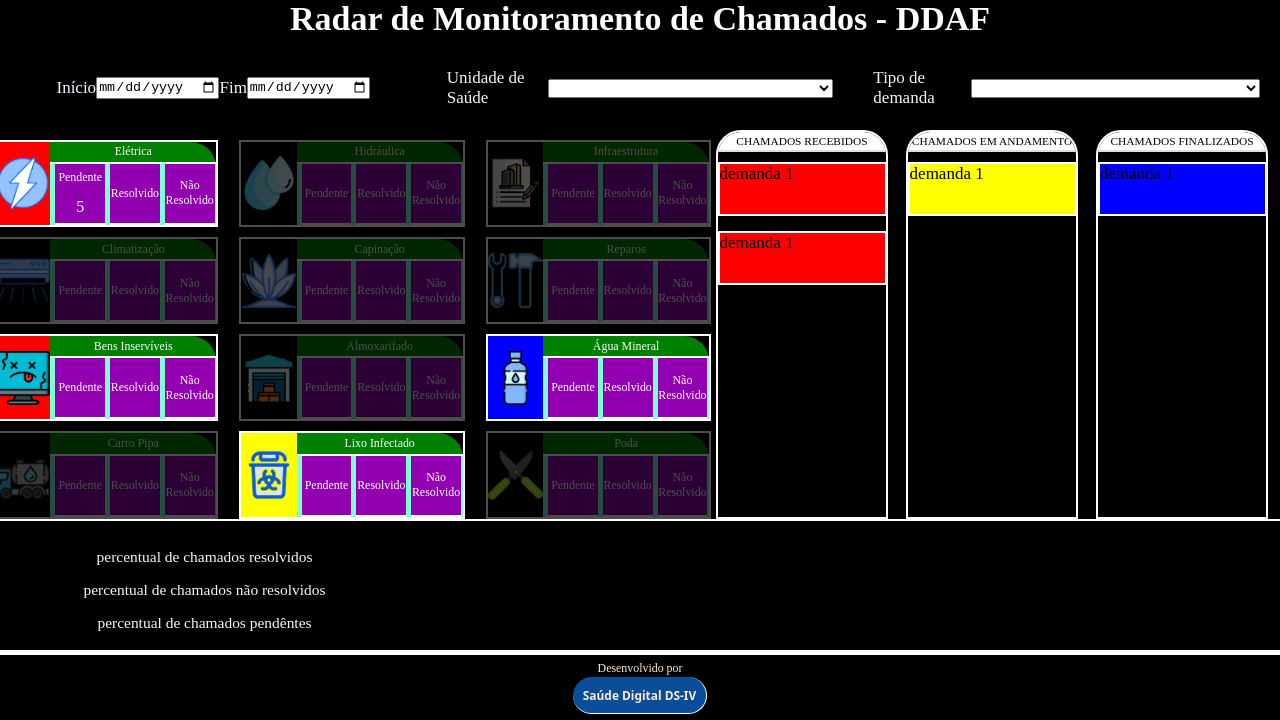
Repository: br-on/ddaf-chamados
Page: index.html
An editor plug-in stored every save of this project. The page is shown before and after the next save, followed by the edit.
The browser window is 1280 px wide. The pictures show the whole page.

Above is the page before, as saved 2025-01-26 03:29:47.

### index.html
<!DOCTYPE html>
<html lang="pt-br">
<head>
    <meta charset="UTF-8">
    <meta name="viewport" content="width=device-width, initial-scale=1.0">
    <link rel="stylesheet" href="style.css">
    <title>Radar de Chamados</title>

</head>
<body>
    <header>
       <center><h1>Radar de Monitoramento de Chamados - DDAF</h1></center>
        <section class="filtros">
            <div class="opcao-filtro">
                <label for="">Início</label>
                <input type="date">
                <label for="">Fim</label>
                <input type="date">
            </div>
            <div class="opcao-filtro">
                <label for="">Unidade de Saúde</label>
                <select name="" id="">
                    <option value=""> </option>
                    <option value="">Unidade X</option>
                    <option value="">Unidade X</option>
                    <option value="">Unidade X</option>
                    <option value="">Unidade X</option>
                </select>
            </div>
            <div class="opcao-filtro">
                <label for="">Tipo de demanda</label>
                <select name="" id="">
                    <option value=""> </option>
                    <option value="">Demanda X</option>
                    <option value="">Demanda X</option>
                    <option value="">Demanda X</option>
                    <option value="">Demanda X</option>
                </select>
            </div>
        </section>
    </header>
    <main>
        <section class="tipos-demandas">
            <div id="demanda-eletrica" class="demanda-tipo">
                <div class="img-tipo-demanda red">
                    <img src="img/tipo-demanda-eletrica.png" alt="">
                </div>
                <div class="info-tipo-demanda">
                    <div class="titulo-tipo-demanda">Elétrica</div>
                    <div class="contagem-tipo-demanda">
                        <div class="caixa-finalizado"><span>Pendente</span><span id="api-pendente-eletricca" class="api-pendente-eletrica">5</span></div>
                        <div class="caixa-finalizado">Resolvido</div>
                        <div class="caixa-finalizado"><center>Não Resolvido</center></div>
                    </div>
                </div>
            </div>
            <div id="demanda-hidraulica" class="demanda-tipo  div-opaca">
                <div class="img-tipo-demanda">
                    <img src="img/tipo-demanda-hidráulica.png" alt="">
                </div>
                <div class="info-tipo-demanda">
                    <div class="titulo-tipo-demanda">Hidráulica</div>
                    <div class="contagem-tipo-demanda">
                        <div class="caixa-finalizado">Pendente</div>
                        <div class="caixa-finalizado">Resolvido</div>
                        <div class="caixa-finalizado"><center>Não Resolvido</center></div>
                    </div>
                </div>
            </div>
            <div id="demanda-infraestrutura" class="demanda-tipo div-opaca">
                <div class="img-tipo-demanda">
                    <img src="img/tipo-demanda-infraestrutura.png" alt="">
                </div>
                <div class="info-tipo-demanda">
                    <div class="titulo-tipo-demanda">Infraestrutura</div>
                    <div class="contagem-tipo-demanda">
                        <div class="caixa-finalizado">Pendente</div>
                        <div class="caixa-finalizado">Resolvido</div>
                        <div class="caixa-finalizado"><center>Não Resolvido</center></div>
                    </div>
                </div>
            </div>
            <div id="demanda-climatização" class="demanda-tipo div-opaca">
                <div class="img-tipo-demanda">
                    <img src="img/tipo-demanda-climatizacao.png" alt="">
                </div>
                <div class="info-tipo-demanda">
                    <div class="titulo-tipo-demanda">Climatização</div>
                    <div class="contagem-tipo-demanda">
                        <div class="caixa-finalizado">Pendente</div>
                        <div class="caixa-finalizado">Resolvido</div>
                        <div class="caixa-finalizado"><center>Não Resolvido</center></div>
                    </div>
                </div>
            </div>
            <div id="demanda-capinacao" class="demanda-tipo div-opaca">
                <div class="img-tipo-demanda">
                    <img src="img/tipo-demanda-capinacao.png" alt="">
                </div>
                <div class="info-tipo-demanda">
                    <div class="titulo-tipo-demanda">Capinação</div>
                    <div class="contagem-tipo-demanda">
                        <div class="caixa-finalizado">Pendente</div>
                        <div class="caixa-finalizado">Resolvido</div>
                        <div class="caixa-finalizado"><center>Não Resolvido</center></div>
                    </div>
                </div>
            </div>
            <div id="demanda-reparos" class="demanda-tipo div-opaca">
                <div class="img-tipo-demanda">
                    <img src="img/tipo-demanda-reparos.png" alt="">
                </div>
                <div class="info-tipo-demanda">
                    <div class="titulo-tipo-demanda">Reparos</div>
                    <div class="contagem-tipo-demanda">
                        <div class="caixa-finalizado">Pendente</div>
                        <div class="caixa-finalizado">Resolvido</div>
                        <div class="caixa-finalizado"><center>Não Resolvido</center></div>
                    </div>
                </div>
            </div>
            <div id="demanda-inserviveis" class="demanda-tipo">
                <div class="img-tipo-demanda red">
                    <img src="img/tipo-demanda-inserviveis.png" alt="">
                </div>
                <div class="info-tipo-demanda">
                    <div class="titulo-tipo-demanda">Bens Inservíveis</div>
                    <div class="contagem-tipo-demanda">
                        <div class="caixa-finalizado">Pendente</div>
                        <div class="caixa-finalizado">Resolvido</div>
                        <div class="caixa-finalizado"><center>Não Resolvido</center></div>
                    </div>
                </div>
            </div>
            <div id="demanda-almoxarifado" class="demanda-tipo div-opaca">
                <div class="img-tipo-demanda">
                    <img src="img/tipo-demanda-almoxarifado.png" alt="">
                </div>
                <div class="info-tipo-demanda">
                    <div class="titulo-tipo-demanda">Almoxarifado</div>
                    <div class="contagem-tipo-demanda">
                        <div class="caixa-finalizado">Pendente</div>
                        <div class="caixa-finalizado">Resolvido</div>
                        <div class="caixa-finalizado"><center>Não Resolvido</center></div>
                    </div>
                </div>
            </div>
            <div id="demanda-agua-mineral" class="demanda-tipo">
                <div class="img-tipo-demanda blue">
                    <img src="img/tipo-demanda-agua-minireal.png" alt="">
                </div>
                <div class="info-tipo-demanda">
                    <div class="titulo-tipo-demanda">Água Mineral</div>
                    <div class="contagem-tipo-demanda">
                        <div class="caixa-finalizado">Pendente</div>
                        <div class="caixa-finalizado">Resolvido</div>
                        <div class="caixa-finalizado"><center>Não Resolvido</center></div>
                    </div>
                </div>
            </div>
            <div id="demanda-carro-pipa" class="demanda-tipo div-opaca">
                <div class="img-tipo-demanda">
                    <img src="img/tipo-demanda-carro-pipa.png" alt="">
                </div>
                <div class="info-tipo-demanda">
                    <div class="titulo-tipo-demanda">Carro Pipa</div>
                    <div class="contagem-tipo-demanda">
                        <div class="caixa-finalizado">Pendente</div>
                        <div class="caixa-finalizado">Resolvido</div>
                        <div class="caixa-finalizado"><center>Não Resolvido</center></div>
                    </div>
                </div>
            </div>
            <div id="demanda-infectado" class="demanda-tipo">
                <div class="img-tipo-demanda yellow">
                    <img src="img/tipo-demanda-lixo-infectado.png" alt="">
                </div>
                <div class="info-tipo-demanda">
                    <div class="titulo-tipo-demanda">Lixo Infectado</div>
                    <div class="contagem-tipo-demanda">
                        <div class="caixa-finalizado">Pendente</div>
                        <div class="caixa-finalizado">Resolvido</div>
                        <div class="caixa-finalizado"><center>Não Resolvido</center></div>
                    </div>
                </div>
            </div>
            <div id="demanda-poda" class="demanda-tipo div-opaca">
                <div class="img-tipo-demanda">
                    <img src="img/tipo-demanda-poda.png" alt="">
                </div>
                <div class="info-tipo-demanda">
                    <div class="titulo-tipo-demanda">Poda</div>
                    <div class="contagem-tipo-demanda">
                        <div class="caixa-finalizado">Pendente</div>
                        <div class="caixa-finalizado">Resolvido</div>
                        <div class="caixa-finalizado"><center>Não Resolvido</center></div>
                    </div>
                </div>
            </div>
        </section>
        <section class="andamento-demandas">
            <div class="demanda-andamento">
                <div class="titulo-andamento">CHAMADOS RECEBIDOS</div>
                <div class="area-andamento">
                    <div class="demanda red">
                        demanda 1
                    </div>
                    <div class="demanda red">
                        demanda 1
                    </div>
                </div>
            </div>
            <div class="demanda-andamento">
                <div class="titulo-andamento">CHAMADOS EM ANDAMENTO</div>
                <div class="area-andamento">
                    <div class="demanda yellow">
                        demanda 1
                    </div>
                </div>
            </div>
            <div class="demanda-andamento">
                <div class="titulo-andamento">CHAMADOS FINALIZADOS</div>
                <div class="area-andamento">
                    <div class="demanda blue">
                        demanda 1
                    </div>
                </div>
            </div>
        </section>
    </main>
    <section class="percentual">Relatório Geral
        <div class="relatorio-geral">
            percentual de chamados resolvidos
        </div>
        <div class="relatorio-geral">
            percentual de chamados não resolvidos
        </div>
        <div class="relatorio-geral">
            percentual de chamados pendêntes
        </div>
    </section>
    <footer> Desenvolvido por
        <div class="footer-sdds4">Saúde Digital DS-IV</div>
    </footer>
</body>
</html>

### style.css
* {
    margin: 0;
    padding: 0;
}
body {
    background-color: black;
    display: flex;
    height: 100vh;
    flex-direction: column;
}
header {
    height: 10vh;
    border-bottom: solid 3px white ;
    display: flex;
    flex-direction: column;
    align-items: center;
    justify-content: center;
}
header h1 {
    color: white;
    font-family:'Times New Roman', Times, serif
}
main {
    height: 70vh;
}
.percentual {
    height: 15vh;
    border-top: solid 2px white;
}
footer {
    height:5vh;
    display: flex;
    flex-direction: column;
    align-items: center;
    justify-content: center;
    color: antiquewhite;
    border-top: solid 5px white;
}
.filtros {
    display: flex;
}
.tipos-demandas {
    height: 45%;
    display: grid;
    justify-content: center;
    grid-template-columns: 30% 30% 30%;
    grid-template-rows: 22.5% 22.5% 22.5% 22.5%;
    column-gap: 3%;
}
.andamento-demandas {
    height: 55%;
    display: grid;
    justify-content: center;
    grid-template-columns: 30% 30% 30%;
    column-gap: 3%;
}

.demanda-tipo {
    border: solid rgb(255, 255, 255) 2px;
    border-radius: 25px;
    margin-top: 10px;
    display: flex;
}
.demanda-andamento{
    border: solid 2.5px rgb(255, 255, 255);
    border-top-left-radius: 25px;
    border-top-right-radius: 25px;
    display: flex;
    flex-direction: column;
    overflow-y: auto;
}
.titulo-andamento {
    display: flex;
    align-items: center;
    justify-content: center;
    border-bottom: solid 2px rgb(217, 221, 236);
    font-size: 1.2em;
    background-color: rgb(255, 255, 255);
    border-top-left-radius: 20px;
    border-top-right-radius: 20px;
    height: 5%;
}
.area-andamento {
    height: 95%;
    display: flex;
    flex-direction: column;
    overflow-y: auto;
    overflow-x: hidden;
    box-sizing: border-box;
    margin-top: 10px;
}
.demanda {
    background-color: brown;
    margin-bottom: 15px;
    min-height: 50px;
    border: solid 2px white;
    width: 98%;
}
.footer-sdds4{
    margin-top: 1.5px;
    background-color: rgb(10, 78, 155);
    border-radius: 30px;
    padding: 10px;
    font-family:system-ui, -apple-system, BlinkMacSystemFont, 'Segoe UI', Roboto, Oxygen, Ubuntu, Cantarell, 'Open Sans', 'Helvetica Neue', sans-serif;
    font-weight: bold;
    border-bottom: solid 1px white;
    border-right: solid 0.8px white;
}
.opcao-filtro, .relatorio-geral {
    color: aliceblue;
    font-size: 1.3em;
    margin: 10px;
    display: flex;
    align-items: center;
    justify-content: center;
    padding: 2.5px;
    display: flex;
    flex-direction: column;
    width: 30vw;
}
.opcao-filtro select {
    width: 90%;
}
.img-tipo-demanda {
    width: 25%;
    border-top-left-radius: 25px;
    border-bottom-left-radius: 25px;
    display: flex;
    align-items: center;
    justify-content: center;
}
.img-tipo-demanda img {
    max-height: 90%;
    max-width: 98%;
}
.info-tipo-demanda {
    background-color: green;
    color: white;
    width: 75%;
    border-top-right-radius: 25px;
    border-bottom-right-radius: 25px;
    display: flex;
    flex-direction: column;
}
.titulo-tipo-demanda {
    height: 25%;
    font-size: 1.5em;
    border-bottom: solid 2.5px white;
    display: flex;
    align-items: center;
    justify-content: center;
}
.contagem-tipo-demanda {
    height: 75%;
    display: flex;
    background-color: aquamarine;
}
.caixa-finalizado {
    background-color: rgb(147, 0, 177);
    display: flex;
    flex-direction: column;
    align-items: center;
    justify-content: space-around;
    width: 30%;
    margin-left: 3%;
    border-bottom: solid 2px white;
}
.api-pendente-eletrica {
    font-size: 1.35em;
}

.red {
    background-color: red;
}
.yellow{
    background-color: yellow;
}
.blue {
    background-color: blue;
}
.div-opaca {
    opacity: 0.3; /* Define a opacidade da div (80%) */
}

/* Media Query para telas menores que 768px */
@media (max-width: 768px) {
    *{
        margin: 0;
        padding: 0;
    }
    body {
        justify-content: center;
        height: auto;
        width: 100vw;
    }
    header {
        font-size: 0.7em;
        height: 150px;
    }
    main {
        height: auto;
    }
    .andamento-demandas {
        display: grid;
        justify-content: center;
        grid-template-columns: 1fr;
        grid-template-rows: auto;
        row-gap: 5px;
    }

    .percentual {
        font-size: 0.7em;
        height: 200px;
        border-top: solid 2px rgb(255, 255, 255);
    }
    footer {
        height:50px;
        padding: 5px;
        background-color: rgb(0, 0, 0);
        border-top: solid 5px white;
    }
    .tipos-demandas {
        height: 600px;
        font-size: 0.7em;
        display: grid;
        justify-content: center;
        grid-template-columns: 45% 45%;
        grid-template-rows: 15% 15% 15% 15% 15% 15%;
        row-gap: 10px;
    }
    .demanda-tipo {
        height: 75px;
    }
    .demanda-andamento{
        background-color: cadetblue;
        min-height: 250px;
        margin-bottom: 15px;
    }
}
@media (min-aspect-ratio: 3/2) {
    body {
        font-size: 17px;
    }
    header {
        height: 20vh;
        border-bottom: solid 3px white ;
        display: flex;
        flex-direction: column;
        align-items: center;
        justify-content: flex-start;
        border: 0px;
    }
    .filtros {
        width: 100vw;
        display: flex;
        margin-top: 10px;
    }
    .opcao-filtro {
        font-size: 1em;
        display: flex;
        flex-direction: row;
        width: 500px;
        padding: 10px;
    }
    .opcao-filtro select {
        width: 90%;
    }
    main {
        height: 60vh;
        display: flex;
        flex-direction: row;
    }
    .tipos-demandas {
        font-size: 0.7em;
        width: 55%;
        height: 100%;
        display: grid;
        justify-content: center;
        grid-template-columns: 32% 32% 32%;
        grid-template-rows: 25% 25% 25% 25%;
    }
    .titulo-tipo-demanda {
        font-size: 1em;
        border-bottom: solid 2.5px white;
        display: flex;
        align-items: center;
        justify-content: center;
    }
    .andamento-demandas {
        width: 45%;
        height: 100%;
        display: grid;
        justify-content: center;
        grid-template-columns: 30% 30% 30%;
        column-gap: 3%;
    }
    .demanda-tipo {
        border: solid rgb(255, 255, 255) 2px;
        border-radius: 0;
        display: flex;
    }
    .percentual {
        font-size: 0.7em;
        height: 20vh;
        border-top: solid 2px white;
    }
    footer {
        font-size: 0.7em;
        height: 10vh;
        display: flex;
        flex-direction: column;
        align-items: center;
        justify-content: center;
        color: antiquewhite;
        border-top: solid 5px white;
    }
    .img-tipo-demanda {
        width: 25%;
        border-top-left-radius: 0;
        border-bottom-left-radius: 0;
        display: flex;
        align-items: center;
        justify-content: center;
    }
    .titulo-andamento {
        font-size: 0.67em;
    }
}

After the next save:
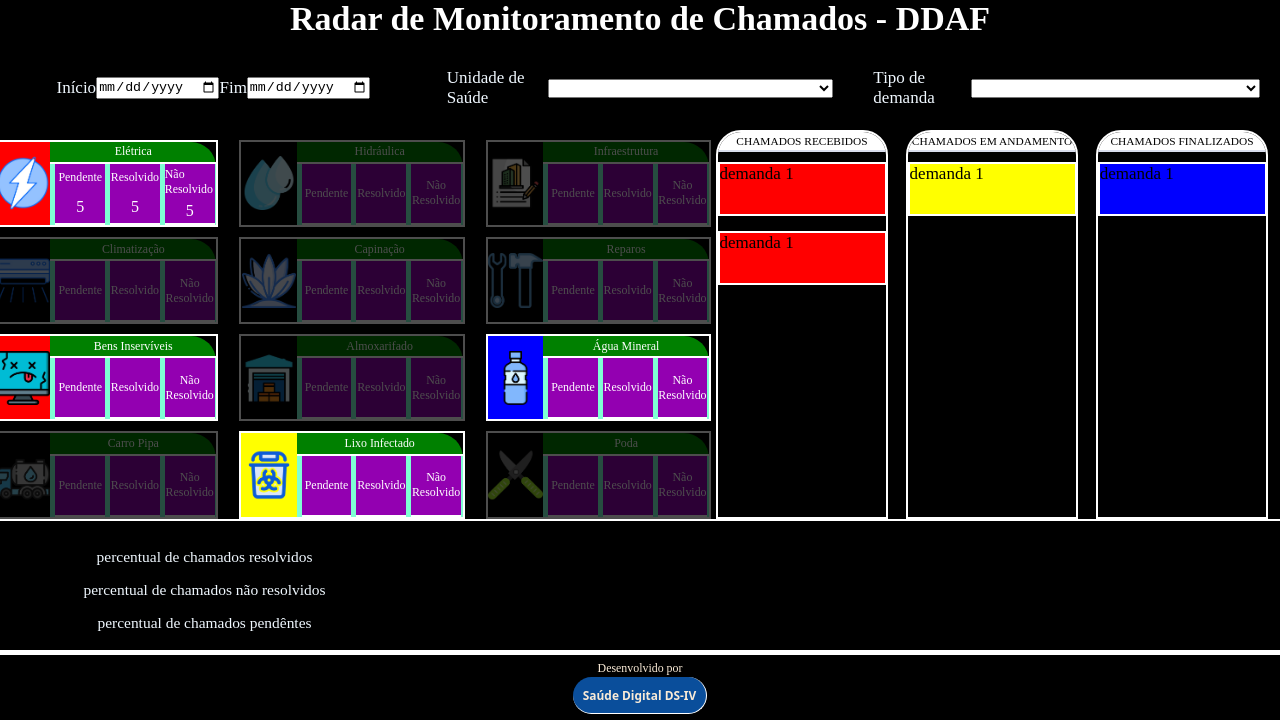
Saved 47 s later.
--- a/index.html
+++ b/index.html
@@ -49,8 +49,8 @@
                     <div class="titulo-tipo-demanda">Elétrica</div>
                     <div class="contagem-tipo-demanda">
                         <div class="caixa-finalizado"><span>Pendente</span><span id="api-pendente-eletricca" class="api-pendente-eletrica">5</span></div>
-                        <div class="caixa-finalizado">Resolvido</div>
-                        <div class="caixa-finalizado"><center>Não Resolvido</center></div>
+                        <div class="caixa-finalizado"><span>Resolvido</span><span id="api-pendente-eletricca" class="api-pendente-eletrica">5</span></div>
+                        <div class="caixa-finalizado"><span>Não Resolvido</span><span id="api-pendente-eletricca" class="api-pendente-eletrica">5</span></div>
                     </div>
                 </div>
             </div>
